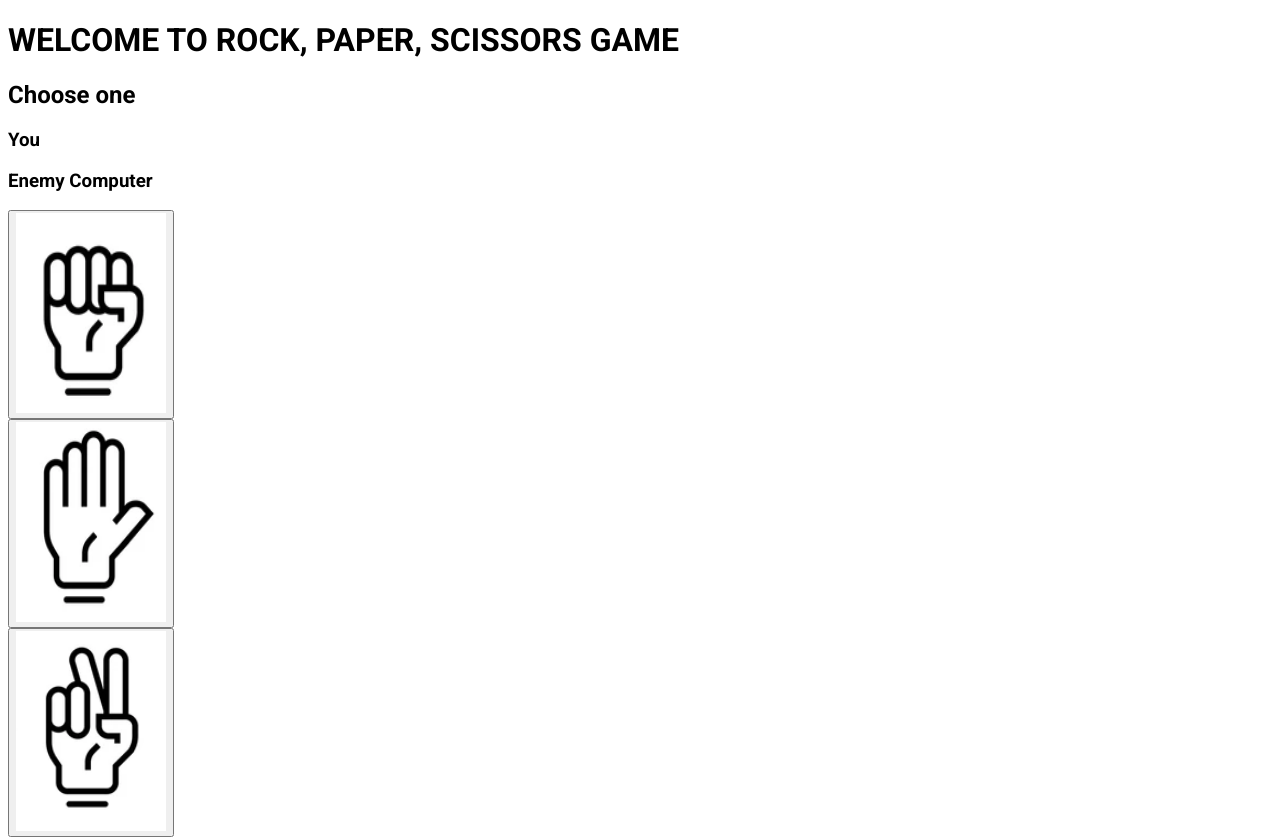
Repository: xhide341/rock_paper_scissor
Page: index.html
These files come from the project's save history. The page is drawn as it stood at one moment and after the next save; the edit follows.
The browser window is 1280 px wide. The pictures show the whole page.

Above is the page before, as saved 2024-06-21 19:08:05.

### index.html
<!DOCTYPE html>
<html lang="en">
<head>
    <meta charset="UTF-8">
    <meta name="viewport" content="width=device-width, initial-scale=1.0">
    <title>Document</title>
    <link rel="stylesheet" href="style.css">
    <script src="script.js"></script>
    <link rel="preconnect" href="https://fonts.googleapis.com">
    <link rel="preconnect" href="https://fonts.gstatic.com" crossorigin>
    <link href="https://fonts.googleapis.com/css2?family=Roboto:ital,wght@0,100;0,300;0,400;0,500;0,700;0,900;1,100;1,300;1,400;1,500;1,700;1,900&display=swap" rel="stylesheet">
</head>
<body>
    <main>
        <h1>WELCOME TO ROCK, PAPER, SCISSORS GAME</h1>
        <div class="container">
            <h2>Choose one</h2>
            <h3 class="names">You</h3>
            <h3 class="names">Enemy Computer</h3>

            <div class="image-container">
                <button class="rock">
                    <img src="./images/rock_icon.PNG" alt="Image of rock handsign" height="200px" width="150px">
                </button>
            </div>
            <div class="image-container">
                <button class="paper">
                    <img src="./images/paper_icon.PNG" alt="Image of paper handsign" height="200px" width="150px">
                </button>
            </div>
            <div class="image-container">
                <button class="scissor">
                    <img src="./images/scissor_icon.PNG" alt="Image of scissor handsign" height="200px" width="150px">
                </button>
            </div>
        </div>
    </main>

</body>
</html>

### style.css
body {
    height: 100vh;
    background: white;
    color: black;
    font-family: "Roboto", sans-serif;
}

.roboto-regular {
    font-family: "Roboto", sans-serif;
    font-weight: 400;
    font-style: normal;
  }

### script.js
// PROMPT user to choose between rock, paper, and scissor
// IF user is done choosing, THEN
// GENERATE random element between rock, paper, and scissor
// IF user element beats computer element, THEN
// add point to user, ELSE
// add point to computer


function getComputerChoice() {
    let computerChoice = Math.floor(Math.random() * 3);
    if (computerChoice === 1) {
        return "rock";
    } else if (computerChoice === 2) {
        return "paper";
    } else {
        return "scissor";
    }
}

function getHumanChoice() {
    let humanChoice = prompt("What is your choice?");
    humanChoice.toLowerCase();
    if (humanChoice === "rock") {
        return "rock";
    } else if (humanChoice === "paper") {
        return "paper";
    } else {
        return "scissor";
    }
}

function playRound(computerSelection, humanSelection) {
    if (computerSelection > humanSelection) {
        alert("Computer wins the round!");
        return "computer";
    } else if (computerSelection < humanSelection) {
        alert("Human wins the round!");
        return "human";
    } else {
        alert("Tie!");
        return "tie";
    }
}

function playGame() {
    let computer = 0; human = 0, tie = 0;
    for (let i = 1; i <= 5; i++) {
        alert("Round " + i);
        let roundWinner = playRound(getComputerChoice(), getHumanChoice());
        if (roundWinner === "computer") {
            computer++;
        } else if (roundWinner === "human") {
            human++;
        } else {
            tie++;
        }
    }

    if (computer > human) {
        alert("Computer wins the game!");
    } else if (computer < human) {
        alert("Human wins the game!");
    } else {
        alert("It's a tie!");
    }
}

After the next save:
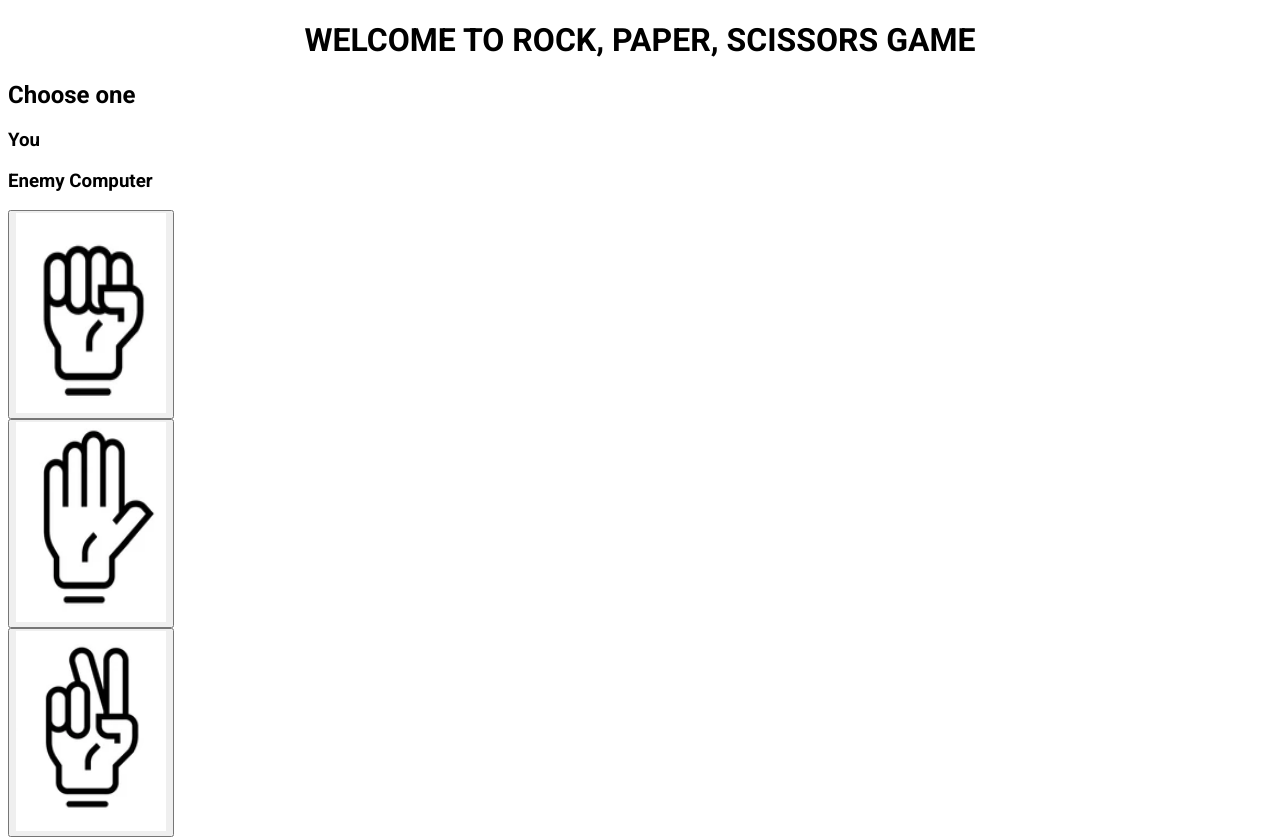
Saved 33 s later.
--- a/style.css
+++ b/style.css
@@ -10,3 +10,8 @@
     font-weight: 400;
     font-style: normal;
   }
+
+h1 {
+    display: flex;
+    justify-content: center;
+}
